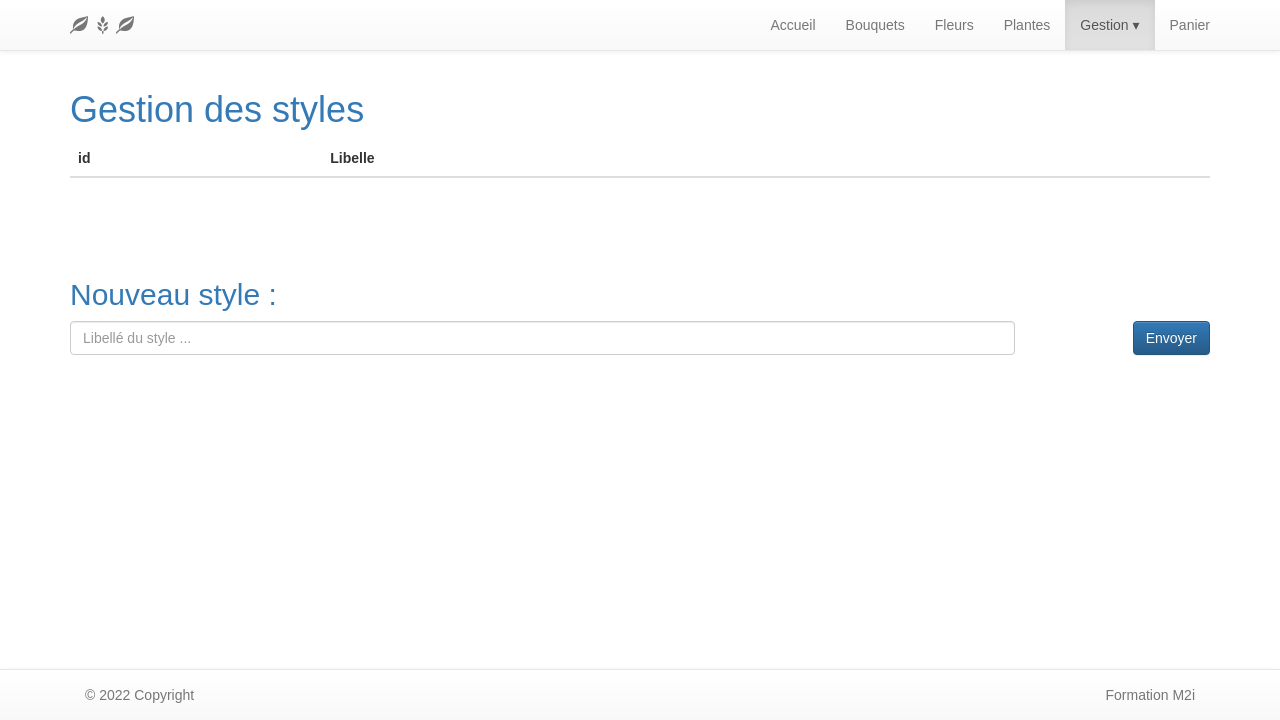
Repository: JeremT8/JavaFleuristeProject
Page: tp-fleuriste/src/main/webapp/styles.html
These files come from the project's save history. The page is drawn as it stood at one moment and after the next save; the edit follows.
The browser window is 1280 px wide. The pictures show the whole page.
The page's requests for data from a server got no answer. Some web libraries are served in a nearby version.

Above is the page before, as saved 2022-05-18 14:12:07.

### tp-fleuriste/src/main/webapp/styles.html
<!DOCTYPE html>
<html>
<head>
<meta charset="UTF-8">
<title>Flow Hearts</title>

<link rel="stylesheet"
	href="https://maxcdn.bootstrapcdn.com/bootstrap/3.3.7/css/bootstrap.min.css">
<link rel="stylesheet"
	href="https://maxcdn.bootstrapcdn.com/bootstrap/3.3.7/css/bootstrap-theme.min.css">
<script
	src="https://ajax.googleapis.com/ajax/libs/jquery/3.1.1/jquery.min.js"></script>
<script
	src="https://maxcdn.bootstrapcdn.com/bootstrap/3.3.7/js/bootstrap.min.js"></script>
<link rel="apple-touch-icon" sizes="76x76" href="/apple-touch-icon.png">
<link rel="icon" type="image/png" sizes="32x32"
	href="/favicon-32x32.png">
<link rel="icon" type="image/png" sizes="16x16"
	href="/favicon-16x16.png">
<link rel="manifest" href="/site.webmanifest">
<meta name="msapplication-TileColor" content="#da532c">
<meta name="theme-color" content="#ffffff">
<link rel="stylesheet" href="css/commun.css">
<script src="./js/styles.js"></script>
</head>
<body>
	<nav class="navbar navbar-default navbar-fixed-top">
		<div class="container">
			<div class="navbar-header">
				<a href="index.html" class="navbar-brand active"> <span
					class="glyphicon glyphicon-leaf rotate-leaf"></span> <span
					class="glyphicon glyphicon-grain"></span> <span
					class="glyphicon glyphicon-leaf"></span>
				</a>
				<button class="navbar-toggle" type="button" data-toggle="collapse"
					data-target="#navbar-main">
					<span class="icon-bar"></span> <span class="icon-bar"></span> <span
						class="icon-bar"></span>
				</button>
			</div>
			<div class="navbar-collapse collapse" id="navbar-main">
				<ul class="nav navbar-nav navbar-right">
					<li><a href="index.html">Accueil</a></li>
					<li><a href="bouquets.html">Bouquets</a></li>
					<li><a href="fleurs.html">Fleurs</a></li>
					<li><a href="plantes.html">Plantes</a></li>
					<li class="nav-item dropdown active"><a
						class="nav-link dropdown-toggle" href="#" id="navbarDropdown"
						role="button" data-toggle="dropdown" aria-haspopup="true"
						aria-expanded="false"> Gestion ▾ </a>
						<div class="dropdown-menu" aria-labelledby="navbarDropdown">
							<a class="dropdown-item" href="plantes.html">Plantes</a>
							<div class="dropdown-divider"></div>
							<a class="dropdown-item" href="fleurs.html">Fleurs</a>
							<div class="dropdown-divider"></div>
							<a class="dropdown-item" href="bouquets.html">Bouquets</a>
							<div class="dropdown-divider"></div>
							<a class="dropdown-item" href="saisons.html">Saisons</a>
							<div class="dropdown-divider"></div>
							<a class="dropdown-item" href="styles.html">Styles</a>
						</div></li>
					<li><a  href="panier.html"> Panier</a></li>
				</ul>
			</div>
		</div>
	</nav>


	<div class="container">
		<h1 class="bleu">Gestion des styles</h1>

		<div class="alert alert-danger" id="errorStyle"></div>

		<table class="table table-hover table-striped">
			<thead>
				<tr>
					<th>id</th>
					<th>Libelle</th>
					<th>&nbsp;</th>
					<th>&nbsp;</th>
				</tr>
			</thead>
			<tbody id="tbodyliste">
			</tbody>

		</table>

		<br> <br> <br>
		<h2 class="bleu">Nouveau style :</h2>
		<div>
			<form class="form-horizontal">
				<div class="form-group">
					<div class="col-xs-10">
						<input id="libelleStyle" placeholder="Libellé du style ..."
							required class="form-control" />
					</div>
					<div class="col-xs-2">
						<button type="button" id="bAjoutStyle"
							class="btn btn-primary pull-right">Envoyer</button>
					</div>
				</div>

			</form>
		</div>
	</div>

	<nav class="navbar navbar-default navbar-fixed-bottom">
		<div class="container">
			<ul class="nav navbar-nav  navbar-foot">
				<li class="pull-left"><a>© 2022 Copyright</a></li>
				<li class="pull-right"><a>Formation M2i</a></li>
			</ul>
		</div>
	</nav>
</body>
</html>

### tp-fleuriste/src/main/webapp/css/commun.css
body {
	padding-top: 70px;
	padding-bottom: 70px;
	font-family: 'Montserrat', sans-serif !important;

}

.navbar-foot {
	width: 100%;
}

.rouge {
	color: red;
}

.vert {
	color: green;
}

.bleu, .glyphicon-shopping-cart {
	color: #337ab7;
}
.gros{
	font-size: 1.0em;
	padding-left: 15px;
	padding-right: 15px;
}
.glyphicon-menu-up, .glyphicon-menu-down{
	font-size: 0.7em;
}
.supp, .modif, .tri{
/* 	cursor:crosshair;	 */
	cursor:pointer;
}

textarea.noresize{
	resize: none;
}

#map{
	width : 100%;
	height : 400px;
	border : 1px solid #337ab7;
}

.icon-flipped {
transform: scaleX(-1);
-moz-transform: scaleX(-1);
-webkit-transform: scaleX(-1);
-ms-transform: scaleX(-1);
}


.bottle{
	display: inline-block !important;
}

a.dropdown-item {
	color: black;
	text-decoration: none;
	width:100%;
	margin: 4% auto;
}

.open > .dropdown-menu  {
	display: flex;
	flex-wrap: wrap;
	flex-direction: column;
	text-align: center;
	letter-spacing: 2px;
}


.input-form {
	margin:0.8em;
}

.div-form-input {
	margin: 0% 0% 1.2em 0%;
}

select#saison, select#style {
	width: 95%;
	margin: 0% 2% 0% 2%;
}

#content {
	display: flex;
	justify-content: space-around;
	flex-wrap: wrap;
}

.card {
	box-shadow: 1px 1px 1px grey;
	border-color: black !important;
	border-radius: 5%;
	margin: 2%;
	display: flex;
	flex-direction: column;
	align-items: center;
	text-align: center;
}

.card-img-top {
	max-width: 400px;
	max-height: 400px;
}


.card-title {
	font-size: 1.2em;
	font-weight: bold;
}

.tarif-card {
	color: green;
	font-weight: bold;
	font-size: 1.4rem;
}

### tp-fleuriste/src/main/webapp/js/styles.js
$(function() {
	getStyles();
	$("#bAjoutStyle").on("click", ajouterStyle);
});



function getStyles() {
	$("#errorStyle").css("display", "none");
	$.get("http://localhost:8080/tp-fleuriste/rs/styles", afficherStyles);
}


function ajouterStyle() {

	var data = {
		libelle: $("#libelleStyle").val(),
	}
	$.ajax({
		type: 'post',
		url: 'http://localhost:8080/tp-fleuriste/rs/styles',
		data: JSON.stringify(data),
		contentType: "application/json;charset=utf-8",
		success: function() {
			$("#libelleStyle").val("");
			getStyles();
		}
	})
	.fail(function() {
		$("#errorStyle").css("display", "block");
		$("#errorStyle").html("Une erreur est survenue lors de l'ajout");
	})

}


function afficherStyles(styles) {
	var data = "";
	styles.forEach(function(s) {
		var tr = "<tr>";
		tr += "<td>" + s.id + "</td>";
		tr += "<td><input type='text' id='libelle" + s.id + "' value=" + s.libelle + " /></td>";
		tr += "<td class='centre'><button onclick='modifStyle(" + s.id + ")' type='button' class='glyphicon glyphicon-edit vert'></button></td>";
		tr += "<td class='centre'><button onclick='suppStyle(" + s.id + ")' type='button' class='glyphicon glyphicon-remove rouge'></button></td>";

		tr += "</tr>";

		data += tr;
	})
	$("#tbodyliste").html(data);
}



function suppStyle(id){
	$.ajax({
		type : 'delete',
		url : 'http://localhost:8080/tp-fleuriste/rs/styles/' + id,
		success : function(){
			getStyles();
		}
	})
	.fail(function(){
		$("#errorStyle").css("display", "block");
		$("#errorStyle").html("Une erreur est survenue lors de la suppression");
	})
}



function modifStyle(id){

	var data = {
		libelle: $("#libelle" + id).val(),
	}


	$.ajax({
		type : 'put',
		url : 'http://localhost:8080/tp-fleuriste/rs/styles/'+id,
		data : JSON.stringify(data),
		contentType : "application/json;charset=utf-8",
		success : function(){
			getStyles();
		}
	})
	.fail(function(){
		getStyles();
		$("#errorStyle").css("display", "block");
		$("#errorStyle").html("Une erreur est survenue lors de la modification");
	})

}

After the next save:
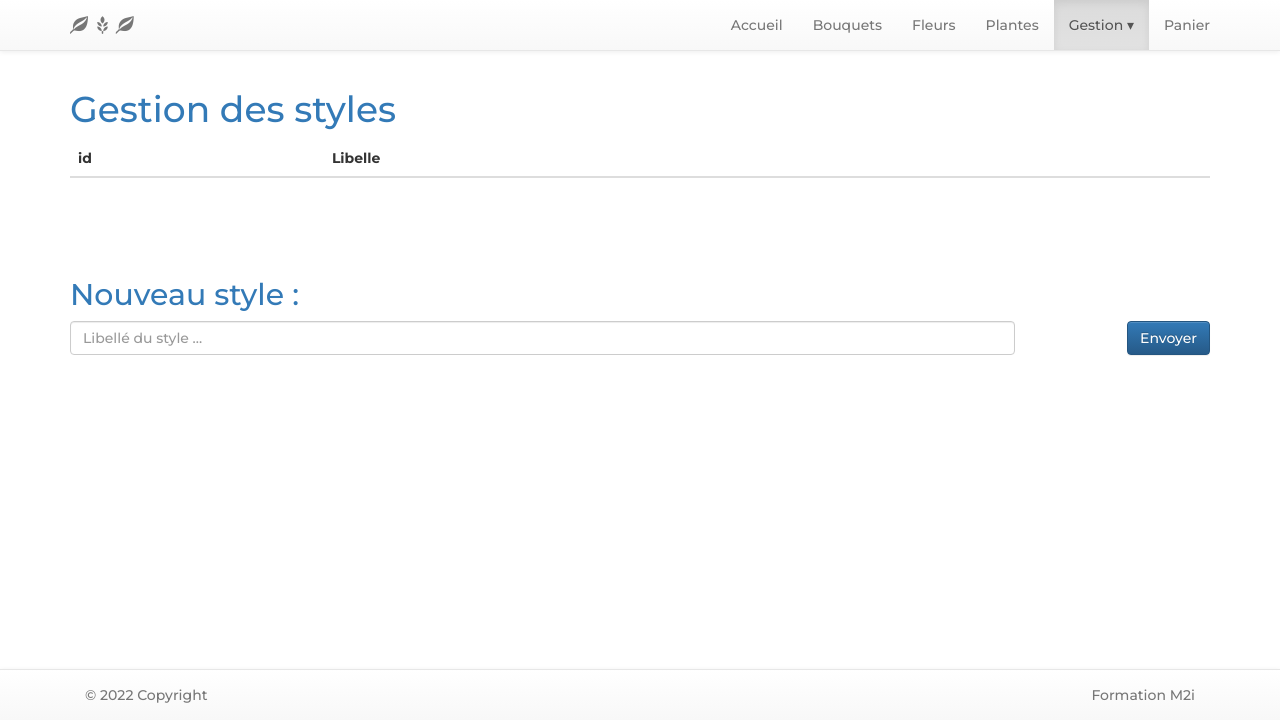
Saved 36 s later.
--- a/tp-fleuriste/src/main/webapp/styles.html
+++ b/tp-fleuriste/src/main/webapp/styles.html
@@ -20,6 +20,9 @@
 <link rel="manifest" href="/site.webmanifest">
 <meta name="msapplication-TileColor" content="#da532c">
 <meta name="theme-color" content="#ffffff">
+<link rel="preconnect" href="https://fonts.googleapis.com">
+<link rel="preconnect" href="https://fonts.gstatic.com" crossorigin>
+<link href="https://fonts.googleapis.com/css2?family=Montserrat:wght@300;500;700&display=swap" rel="stylesheet">
 <link rel="stylesheet" href="css/commun.css">
 <script src="./js/styles.js"></script>
 </head>
